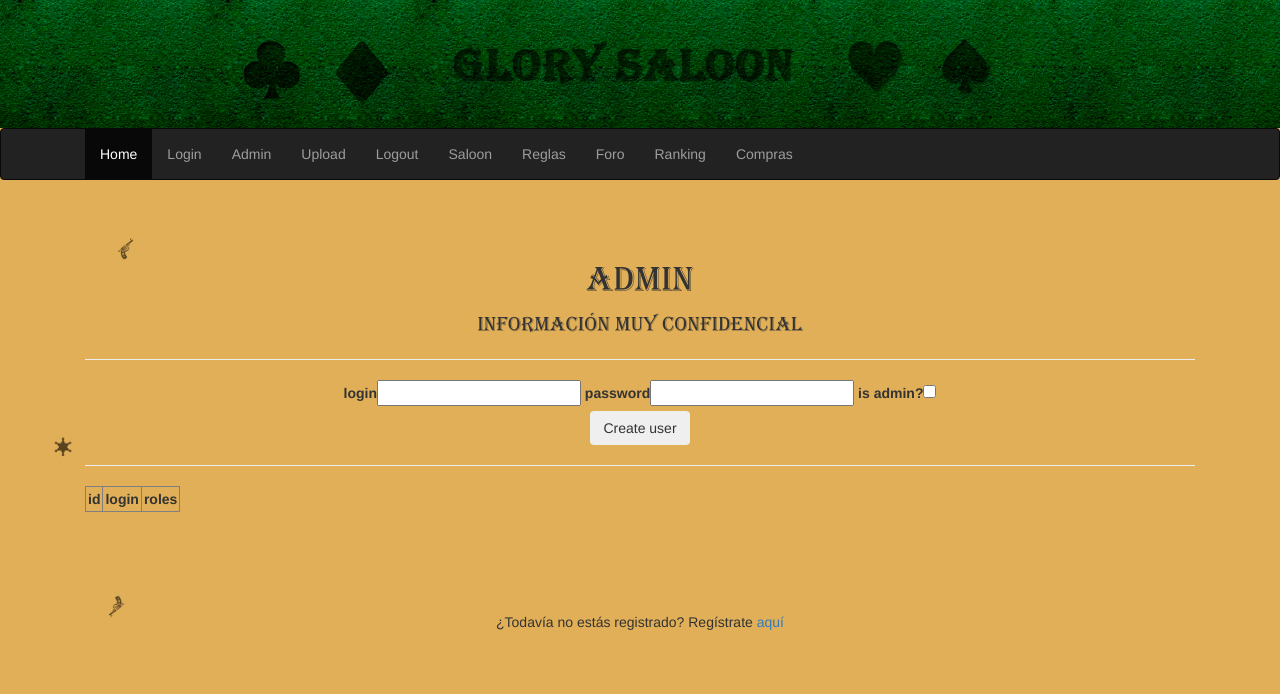
Repository: abvg9/GlorySaloon
Page: http://localhost/iw-base/WEB-INF/jsp/admin.jsp
An editor plug-in stored every save of this project. The page is shown before and after the next save, followed by the edit.
The browser window is 1280 px wide. The pictures show the whole page.
The page is served by Tomcat 9. Nobody is signed in. The template is opened directly, without the code that normally fills it, so the values that code supplies are empty.

Above is the page before, as saved 2018-04-11 17:59:08.

After the next save:
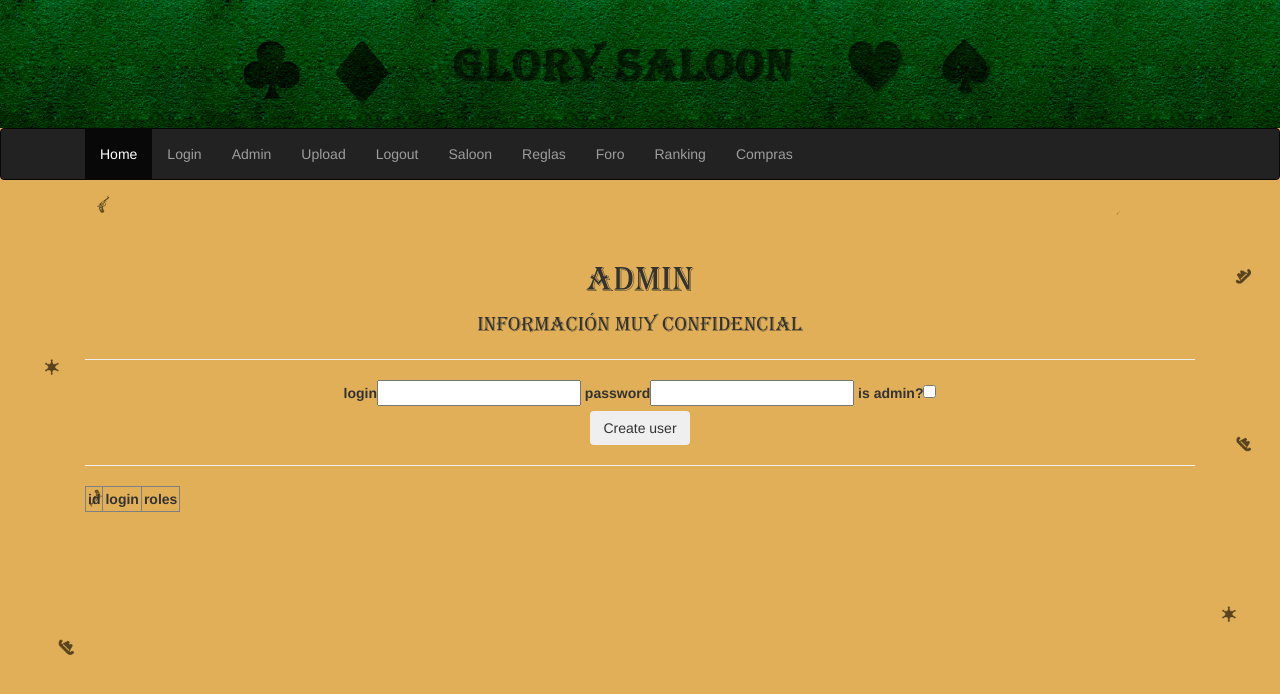
Saved 45 s later.
--- a/iw-base/src/main/webapp/WEB-INF/jsp/admin.jsp
+++ b/iw-base/src/main/webapp/WEB-INF/jsp/admin.jsp
@@ -38,7 +38,7 @@
 	</tbody>
 	</table>
 
-	<%@ include file="../jspf/authinfo.jspf"%>
+	<!--<%@ include file="../jspf/authinfo.jspf"%>	-->
 </div>
 
 <%@ include file="../jspf/footer.jspf"%>
